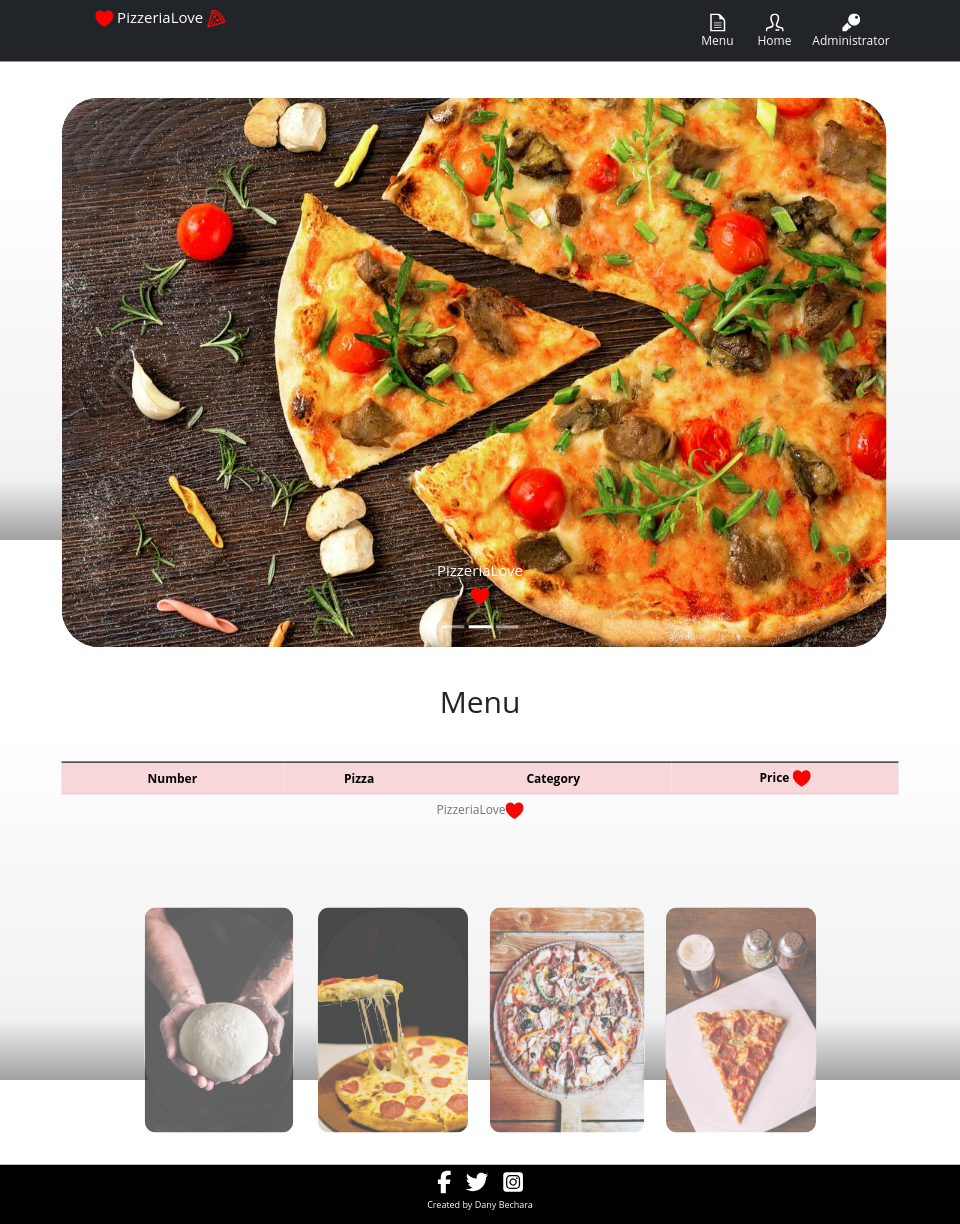
Repository: bechara611/PizzeriaLove
Page: /
An editor plug-in stored every save of this project. The page is shown before and after the next save, followed by the edit.
The browser window is 1280 px wide. The pictures show the whole page, at 75% of full size.
The page's requests for data from a server got no answer. Backgrounds fixed to the window are drawn as part of the page. The project was rebuilt for these pictures with package versions that can differ from the ones it lists, and the page was loaded fresh each time. No one was signed in, and anything a server would have sent is missing. Also part of the build but not shown: src/App.css, src/App.js, src/Componentes/FormularioAgregarMenu.css, src/Elementos/Alerta.js, src/Elementos/AlertaRed.js, src/Componentes/FormularioAgregarMenu.js.

Above is the page before, as saved 2022-02-26 09:54:59.

### src/index.js
import React,{useState} from 'react';
import ReactDOM from 'react-dom';
import './index.css';
import 'bootstrap/dist/css/bootstrap.css'
import 'bootstrap/dist/js/bootstrap.bundle.min';
import Header from './Componentes/Header';
import {BrowserRouter,Route, Routes,NavLink} from 'react-router-dom'
import {App,App2} from './App';
import WebFont from 'webfontloader'
import './index.css'
import Carousel from './Componentes/Carousel';
import Menu from './Componentes/Menu';
import Footer from './Componentes/Footer';
import { FormularioAgregarMenu } from './Componentes/FormularioAgregarMenu';
import Galeria from './Componentes/Galeria';

WebFont.load({
  google: {
    families: ['Open Sans:400,500,700', 'Sans-serif']
  }
});

const Index = () => {
  const [administrador,cambiaradministrador]=useState(false);
  const [admin,cambiaradmin]=useState('');
  return (
  <BrowserRouter>
     <Header administrador={administrador} cambiaradministrador={cambiaradministrador} cambiaradmin={cambiaradmin} admin={admin}></Header>
   {admin==='admin' ? <h2 className='my-5 tittle text-dark text-center'>ADMIN</h2>:<></>}
     <Carousel></Carousel>

    <Routes>
    <Route path='/' element={<Menu borrar={false} />} ></Route>
    <Route path='/administrador' element={<FormularioAgregarMenu />} ></Route>
    <Route path='/inicio' element={<Menu borrar={false} />} ></Route>
    </Routes>


    <Footer></Footer>
    </BrowserRouter>
    );
}


ReactDOM.render(

  <Index />,
  document.getElementById('root')
);

### src/index.css
* {
  margin: 0;
  font-family:'Open Sans';
  /* Permalink - use to edit and share this gradient: https://colorzilla.com/gradient-editor/#ffffff+0,ffffff+100&1+0,0+100;White+to+Transparent */



}


body
{
  background: rgb(255,255,255);
  background: linear-gradient(180deg, rgba(255,255,255,1) 0%, rgba(255,255,255,1) 35%, rgba(242,241,241,1) 89%, rgba(10,10,10,0.38699229691876746) 100%);

  background-attachment:fixed;
}

### src/Componentes/Header.js
import {NavLink} from 'react-router-dom'
import styled from 'styled-components';
import { BotonTipoNavLink,BotonTipoNavLinkA } from '../Elementos/BotonTipoNavLink';
import {Pizza2,Administrador2,Inicio2,Menu2,Contacto2,Heart2}from '../Elementos/ImagenesSVG';
import {App,App2} from './../App';
import './Header.css'


const Header = ({cambiaradministrador,administrador,cambiaradmin}) => {
    let url1,urladmin;
    url1="/inicio";
    urladmin='/administrador'
      return (
        <>

        <nav className="navbar navbar-expand-sm navbar-dark bg-dark  header_nav">
        <div className="container contenedor1 text-center col-12 ">
        <div className='hijo1_header text-center col-12 col-sm-3 '>
         <BotonTipoNavLink to={url1} className="navbar-brand text-center "> <Heart2 / > PizzeriaLove <Pizza2></Pizza2></BotonTipoNavLink>



        </div>
      <div className='hijo2_header text-center col-12 col-sm-3 '>
        <button
        className="navbar-toggler mt-2 col-12 col-sm-3 text-center"
        type="button"
        data-bs-toggle="collapse"
        data-bs-target="#menu"
        aria-controls="menu"
        aria-expanded="false"
        aria-label="Mostrar / Ocultar Menu"
      >
        <span className="navbar-toggler-icon   "></span>
      </button>

      <div className="collapse navbar-collapse   " id="menu">
      <ul className="navbar-nav me-auto mb-2 mb-lg-0 header_menu ">
      <li className="nav-item opcion"><a href="#menuu" className="nav-link text-light  opcion" onClick={()=>{cambiaradmin('usuario')}}><Menu2></Menu2> Menu</a></li>
        <li className="nav-item"><BotonTipoNavLinkA to={url1} className="nav-link text-light" onClick={()=>{cambiaradmin('usuario')}}><Inicio2/> Home</BotonTipoNavLinkA></li>
        <li className="nav-item"><BotonTipoNavLink to={urladmin} className="nav-link text-light" onClick={()=>{cambiaradmin('admin')}}> <Administrador2 /> Administrator</BotonTipoNavLink></li>
      </ul>

    </div>
    </div>
        </div>

      </nav>

      </>
       );
    }

    export default Header;

### src/Componentes/Carousel.js
import { Heart2 } from '../Elementos/ImagenesSVG'
import imagen1 from './../Imagenes/carousel1.jpg'
import imagen2 from './../Imagenes/carousel2.jpg'
import imagen3 from './../Imagenes/carousel3.jpg'
import './Carousel.css'
const Carousel = () => {
    return (

        <>
<section className="main">
  <div className="container">
    <div className="row mt-5">
      <div className="col">
        <div className="carousel slide carousel-fade" id="mi-carousel" data-bs-ride="carousel">
          <div className="carousel-inner">
            <div className="carousel-item active">
            <div className="carousel-caption">
            <h5>PizzeriaLove</h5>
            <p><Heart2></Heart2></p>
          </div>
              <img className="img-fluid" src={imagen1} alt='' />
            </div>

            <div className="carousel-item" data-bs-interval="5000">
              <div className="carousel-caption">
                <h5>PizzeriaLove</h5>
                <p><Heart2></Heart2></p>
              </div>
              <img className="img-fluid" src={imagen2}  alt=''/>
            </div>
            <div className="carousel-item">
            <div className="carousel-caption">
            <h5>PizzeriaLove</h5>
            <p><Heart2></Heart2></p>
          </div>
            <img className="img-fluid" src={imagen3} alt='' />
            </div>
          </div>



          <button
            className="carousel-control-prev botonprev"
            type="button"
            data-bs-target="#mi-carousel"
            data-bs-slide="prev"
          >
            <span className="carousel-control-prev-icon  icono" aria-hidden="true"></span>
            <span className="visually-hidden">Prev</span>
          </button>
          <button
            className="carousel-control-next"
            type="button"
            data-bs-target="#mi-carousel"
            data-bs-slide="next"
          >
            <span className="carousel-control-next-icon icono" aria-hidden="true"></span>
            <span className="visually-hidden">Next</span>
          </button>




          <div className="carousel-indicators">
            <button
              type="button"
              className="active"
              data-bs-target="#mi-carousel"
              data-bs-slide-to="0"
              aria-label="Slide 1"
            ></button>
            <button
              type="button"
              className=""
              data-bs-target="#mi-carousel"
              data-bs-slide-to="1"
              aria-label="Slide 2"
            ></button>
            <button
              type="button"
              className=""
              data-bs-target="#mi-carousel"
              data-bs-slide-to="2"
              aria-label="Slide 3"
            ></button>
          </div>
        </div>
      </div>
    </div>
  </div>

</section>


        </>
     );
}

export default Carousel;

### src/Componentes/Menu.js
import React from 'react'
import { Heart2, Trash2 } from '../Elementos/ImagenesSVG';
import { db } from '../Firebase/FirebaseConfig';
import './Menu.css'
import useObtenerMenu from '../Hooks/useObtenerMenu';
import BorrarDocumento from '../Firebase/Borrar';
import Galeria from './Galeria';

const Menu = ({borrar}) => {
   const [platos,cambiarplatos]=useObtenerMenu();


    return (
        <>
        <div className="container contenedor-tabla">
        <div className="row my-5">

        <div className="col titulo">
        {borrar===true ?   <h1 className=''>Admin, you can delete a plate here:</h1> :    <h1 className=''>Menu</h1>}

        </div>
        </div>
            <div className="row my-5">

             <div className="table-responsive " id='menuu'>
            <table className="table table-hover table" >
            <caption className='captionMenu'>PizzeriaLove<Heart2></Heart2></caption>
             <thead>
             <tr className={borrar===true?'table-success' : 'table-danger'}>
             <th>Number</th>
             <th>Pizza</th>
             <th>Category </th>
             <th>Price <Heart2></Heart2> </th>
             </tr>
             </thead>
             <tbody>
             {
                 platos.map((plato,index)=>{
                     return <React.Fragment key={index}>
                     <tr onClick={()=>{


                     }} >
                     <td>{index +1}</td>
                     <td>{plato.plato}</td>
                     <td>{plato.categorias}</td>
                     {borrar===true ?    <td>{plato.precio}$  <Trash2 onClick={()=>{
                        if (borrar===true) {
                            BorrarDocumento(plato.id)
                         }
                     }}></Trash2> </td> : <td>{plato.precio}</td> }

                     </tr>
                     </React.Fragment>
                 })
             }
             </tbody>
             </table>
            </div>


            </div>
        </div>
        <Galeria></Galeria>
        </>

        )

}

export  default Menu;

### src/Componentes/Footer.js
import styled from "styled-components";
import './Footer.css'
import { FontAwesomeIcon } from '@fortawesome/react-fontawesome'
import { faCoffee } from '@fortawesome/free-solid-svg-icons'
import {  faFacebookF,faInstagramSquare,faTwitter } from '@fortawesome/free-brands-svg-icons';
import useObtenerMenu from "../Hooks/useObtenerMenu";


const Footer = () => {
    let face='https://www.facebook.com';
    let insta='https://www.instagram.com';
    let twitter='https://www.twitter.com';
    let nuevaPestana="_blank"

    return (
        <>
        <div className="container-fluid " >
        <div className="row fila">
        <footer className="col-12 footer">
        <a href={face} target={nuevaPestana} className='face'><FontAwesomeIcon icon={faFacebookF}/></a>
        <a href={twitter} target={nuevaPestana} className='twitter'><FontAwesomeIcon icon={faTwitter}/></a>
        <a href={insta} target={nuevaPestana} className='instagram'><FontAwesomeIcon icon={faInstagramSquare}/></a>

        </footer>
        <p className="col-12">Created by Dany Bechara</p>
        </div>
        </div>
        </>
     );
}

export default Footer;

### src/Componentes/Galeria.js
import React from 'react';
import './Galeria.css'
import  Pizza1 from './../Imagenes/Pizza1.jpg'
import  Pizza2 from './../Imagenes/Pizza2.jpg'
import  Pizza3 from './../Imagenes/Pizza3.jpg'
import  Pizza4 from './../Imagenes/Pizza4.jpg'
import  Pizza5 from './../Imagenes/Pizza5.jpg'
import  Pizza6 from './../Imagenes/Pizza6.jpg'
import  Pizza7 from './../Imagenes/Pizza7.jpg'
import  Pizza8 from './../Imagenes/Pizza8.jpg'
import {ReactComponent as Menu} from './../Imagenes/Menu.svg'
const Galeria = () => {
    return (

        <>
        <div className="container centrar   py-3">
    <div className="row my-4 centrar">
        <div className="col-lg-3 col-12 col-sm-6 centrar">
            <div className="card cardcita my-1">
           < img src={Pizza5} alt="" className=" cardcitaImagen"></img>
            </div>
        </div>
        <div className="col-lg-3 col-12 col-sm-6 centrar">
            <div className="card cardcita my-1">
           < img src={Pizza2} alt="" className="cardcitaImagen"></img>
            </div>
        </div>
        <div className="col-lg-3 col-12 col-sm-6 centrar">
        <div className="card cardcita my-1">
       < img src={Pizza3} alt="" className="cardcitaImagen"></img>
        </div>
    </div>
        <div className="col-lg-3 col-12 col-sm-6 centrar">
            <div className="card cardcita my-1">
           < img src={Pizza8} alt="" className="cardcitaImagen colores"></img>
            </div>
        </div>
    </div>


        </div>
        </>
     );
}

export default Galeria;

### src/Elementos/BotonTipoNavLink.js
import styled from "styled-components"
import { NavLink } from "react-router-dom"
    const BotonTipoNavLink = styled(NavLink)`
    &:hover
    {
      text-decoration: underline;
      color: black;
    }
    `

    const BotonTipoNavLinkA=styled(BotonTipoNavLink)`
    text-decoration: none;
      color: black;
      cursor:pointer;
    `
    export {BotonTipoNavLink,BotonTipoNavLinkA}

### src/Elementos/ImagenesSVG.js
import styledComponents from 'styled-components';
import {ReactComponent as Pizza} from './../Imagenes/Pizza.svg'
import {ReactComponent as Inicio} from './../Imagenes/Inicio.svg'
import {ReactComponent as Menu} from './../Imagenes/Menu.svg'
import {ReactComponent as Administrador} from './../Imagenes/Administrador.svg'
import {ReactComponent as Contacto} from './../Imagenes/Contacto.svg'
import {ReactComponent as Heart} from './../Imagenes/Heart.svg'
import {ReactComponent as Trash} from './../Imagenes/Trash.svg'
const Pizza2 = styledComponents(Pizza)`
font-size:10px;
z-index: 1;
color:white;
fill:red;

`;
const Inicio2 = styledComponents(Inicio)`
font-size:10px;
z-index: 1;
color:white;
fill:white;

`;
const Menu2 = styledComponents(Menu)`
font-size:10px;
z-index: 1;
color:white;
fill:white;

`;
const Administrador2 = styledComponents(Administrador)`
font-size:10px;
z-index: 1;
color:white;
fill:white;

`;

const Contacto2 = styledComponents(Contacto)`
font-size:10px;
z-index: 1;
color:white;
fill:white;

`;

const Heart2 = styledComponents(Heart)`
font-size:10px;
z-index: 1;
color:white;
fill:red;

`;

const Trash2=styledComponents(Trash)`
fill:blue;
cursor:pointer;
`

export {Pizza2,Administrador2,Inicio2,Menu2, Contacto2,Heart2,Trash2}

### src/Componentes/Header.css

*{
   box-sizing: border-box;
   margin: 0;
   padding: 0;


}
.header_nav2
{
    /* margin-top: -8px; */
    background: -moz-linear-gradient(top,  rgba(211,126,128,1) 0%, rgba(146,171,207,0) 76%, rgba(134,179,222,0) 90%, rgba(125,185,232,0) 100%); /* FF3.6-15 */
background: -webkit-linear-gradient(top,  rgba(211,126,128,1) 0%,rgba(146,171,207,0) 76%,rgba(134,179,222,0) 90%,rgba(125,185,232,0) 100%); /* Chrome10-25,Safari5.1-6 */
background: linear-gradient(to bottom,  rgba(211,126,128,1) 0%,rgba(146,171,207,0) 76%,rgba(134,179,222,0) 90%,rgba(125,185,232,0) 100%); /* W3C, IE10+, FF16+, Chrome26+, Opera12+, Safari7+ */
filter: progid:DXImageTransform.Microsoft.gradient( startColorstr='#d37e80', endColorstr='#007db9e8',GradientType=0 ); /* IE6-9 */


}
body
{
    /* background: url(./../Imagenes/textura.png);
	background-repeat: repeat;
	background-attachment: fixed; */
}

.nav
{


}

.contenedor12
{

    /* min-height: 300px;  */
}

.hijo1_header
{
    align-self: start;
    /* margin-top: 2%; */

}
.hijo2_header
{
    /* margin-top: 2%; */
    align-self: start;
}
.header_menu
{

}

.opcion
{
text-decoration: dotted;
display: inline-block;
opacity: 1;

}



.opcion:hover
{
    text-decoration: underline;
}

.opcion:link
{
color: green;
}

### src/Componentes/Carousel.css
.carousel-inner{border-radius: 50px;}
.carousel-item{border-radius: 50px;}
.img-fluid{border-radius: 50px;}
.icono {
    height: 100px;
    width: 100px;

      /*shape border*/

      opacity: 0.3;
      /*symbol */




}
.icono:hover{opacity: 1;}

### src/Firebase/FirebaseConfig.js
import { initializeApp } from "firebase/app";
import { getAnalytics } from "firebase/analytics";
import { getFirestore } from "firebase/firestore";
import { getAuth, createUserWithEmailAndPassword } from "firebase/auth";

const firebaseConfig2 = {
    apiKey: "AIzaSyDhYuWK_8Uy4S-BtkFmFfityIjQnt4M3Is",
    authDomain: "pizzerialove-00.firebaseapp.com",
    projectId: "pizzerialove-00",
    storageBucket: "pizzerialove-00.appspot.com",
    messagingSenderId: "356504995914",
    appId: "1:356504995914:web:c5fee404edbf5f32affeb3",
    measurementId: "G-CK1N9HMEKD"
  };


    const firebaseConfig = {
      apiKey:process.env.REACT_APP_FIREBASE_API_KEY,
      authDomain:process.env.REACT_APP_FIREBASE_AUTH_DOMAIN,
      projectId:process.env.REACT_APP_FIREBASE_PROJECT_ID,
      storageBucket:process.env.REACT_APP_FIREBASE_STORAGE_BUCKET,
      messagingSenderId:process.env.REACT_APP_FIREBASE_MESSAGING_SENDER_ID,
      appId:process.env.REACT_APP_FIREBASE_APP_ID,
      measurementId:process.env.REACT_APP_FIREBASE_MEASUREMENT_ID
    };



// Initialize Firebase
const app = initializeApp(firebaseConfig);
const analytics = getAnalytics(app);
const db= getFirestore();
const auth=getAuth();

export {app,analytics,db,auth};

### src/Componentes/Menu.css
.captionMenu
{
    text-align: center;
}

.titulo{text-align: center;}

td{text-align: center;}
th{text-align: center;}

.basurita{background: black;}

.table-responsive{




    }

### src/Hooks/useObtenerMenu.js
import React,{useEffect,useState} from 'react'
import { db } from '../Firebase/FirebaseConfig';
import { collection,onSnapshot } from 'firebase/firestore';

const useObtenerMenu = () => {
    const [platos,cambiarplatos]=useState([{}])
    useEffect(()=>{

            const FuncionObtenerMenu=onSnapshot(collection(db,'menu'), (snapShot)=>{

               let vectormenu=snapShot.docs.map((documento)=>{
                  // console.log(documento.id)
                    return {...documento.data(),id:documento.id}
                })
              //  console.log(vectormenu);
              cambiarplatos([{}])
                cambiarplatos(vectormenu)
            })




            return FuncionObtenerMenu;
          },[])
          return [platos,cambiarplatos]
}

export default useObtenerMenu;

### src/Firebase/Borrar.js
import { db,app } from './FirebaseConfig'
import {doc,deleteDoc, } from 'firebase/firestore'
const BorrarDocumento =async (id) => {
  try {
  await deleteDoc(doc(db,'menu',id));

   } catch (error) {
    console.log(error)
   }

}

export default BorrarDocumento;

### src/Componentes/Footer.css
.footer
{
    display: flex;
    flex-direction: row;
    justify-content: center;

}
.fila
{
    display: flex;
    justify-content: center;
    text-align: center;
    background: black;
    font-size: 12px;
}
.fila p
{

color: white;
}
.footer a{
    text-decoration: none;
font-size: 30px;
display: inline-block;
color: white;
margin: 0 10px;
}
.face:hover{color: blue;}
.twitter:hover{color: lightblue;}
.instagram:hover{color:#fcaf45}

### src/Componentes/Galeria.css
.cardcita{
   border-radius: 100px;
    max-width: 300px;
    min-height: 300px;
    max-height: 300px;


}

.cardcitaImagen
{
    border-radius: 15px;
    max-width: 300px;
    min-height: 300px;
    max-height: 300px;

   opacity: .7;


}
.cardcitaImagen:hover{
    opacity: 1;

}
.usuario{text-transform: uppercase;}
@keyframes colores
{
/*from{background: #9EB3C2;}
to{background:#21295C ;}*/
0%{min-height: 500px;}
25%{min-height: 520;}
50%{min-height: 530px;}
75%{min-height: 520;}
100%{min-height: 500;}
}

.centrar{
    text-align: center;
    display: flex;
    justify-content: center;
align-items: center;
}

Loaded but not shown: public/index.html (common file)

After the next save:
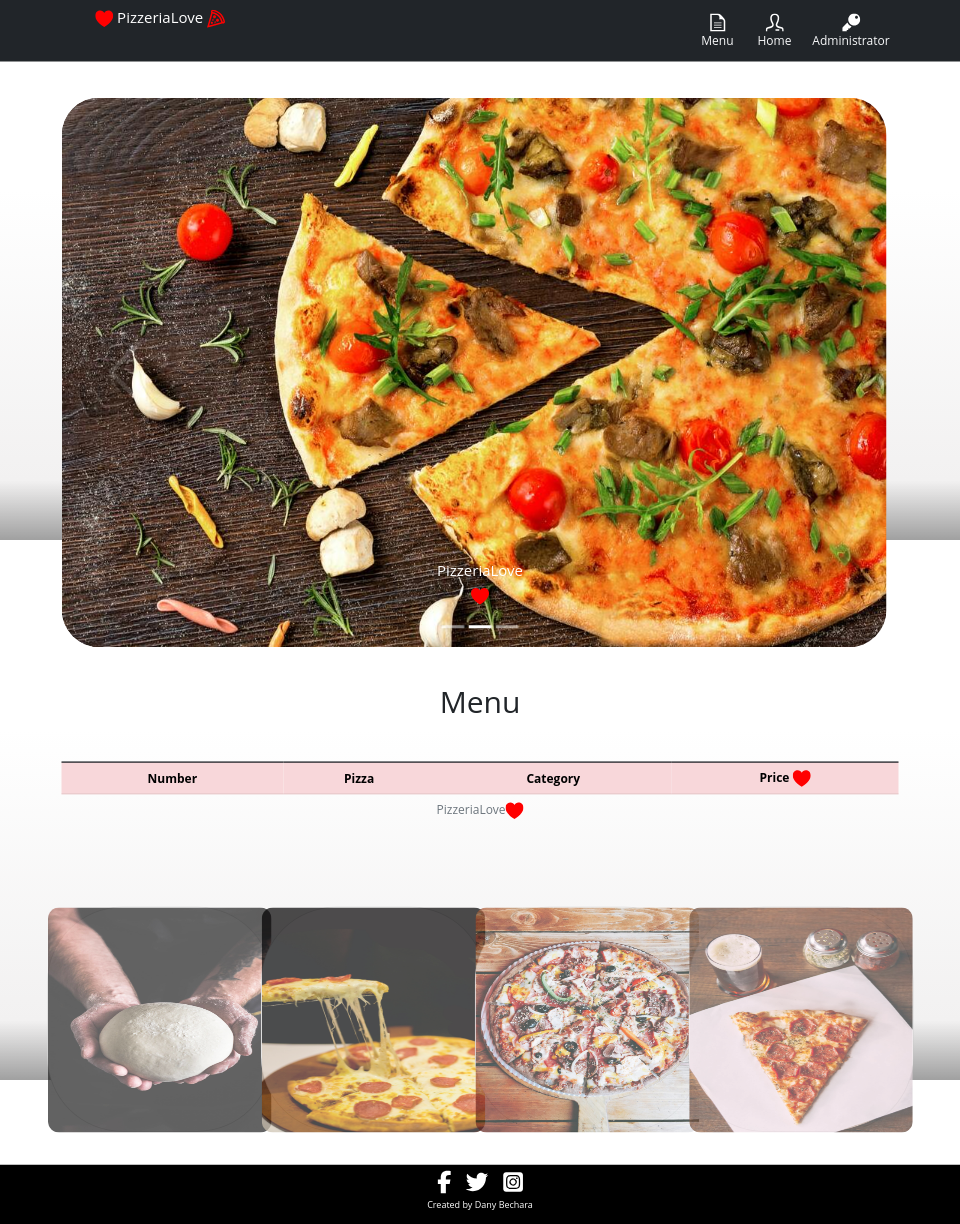
Saved 5 min 22 s later.
--- a/src/Componentes/Galeria.css
+++ b/src/Componentes/Galeria.css
@@ -1,6 +1,7 @@
 .cardcita{
    border-radius: 100px;
     max-width: 300px;
+    min-width: 300px;
     min-height: 300px;
     max-height: 300px;
 

After the save that followed:
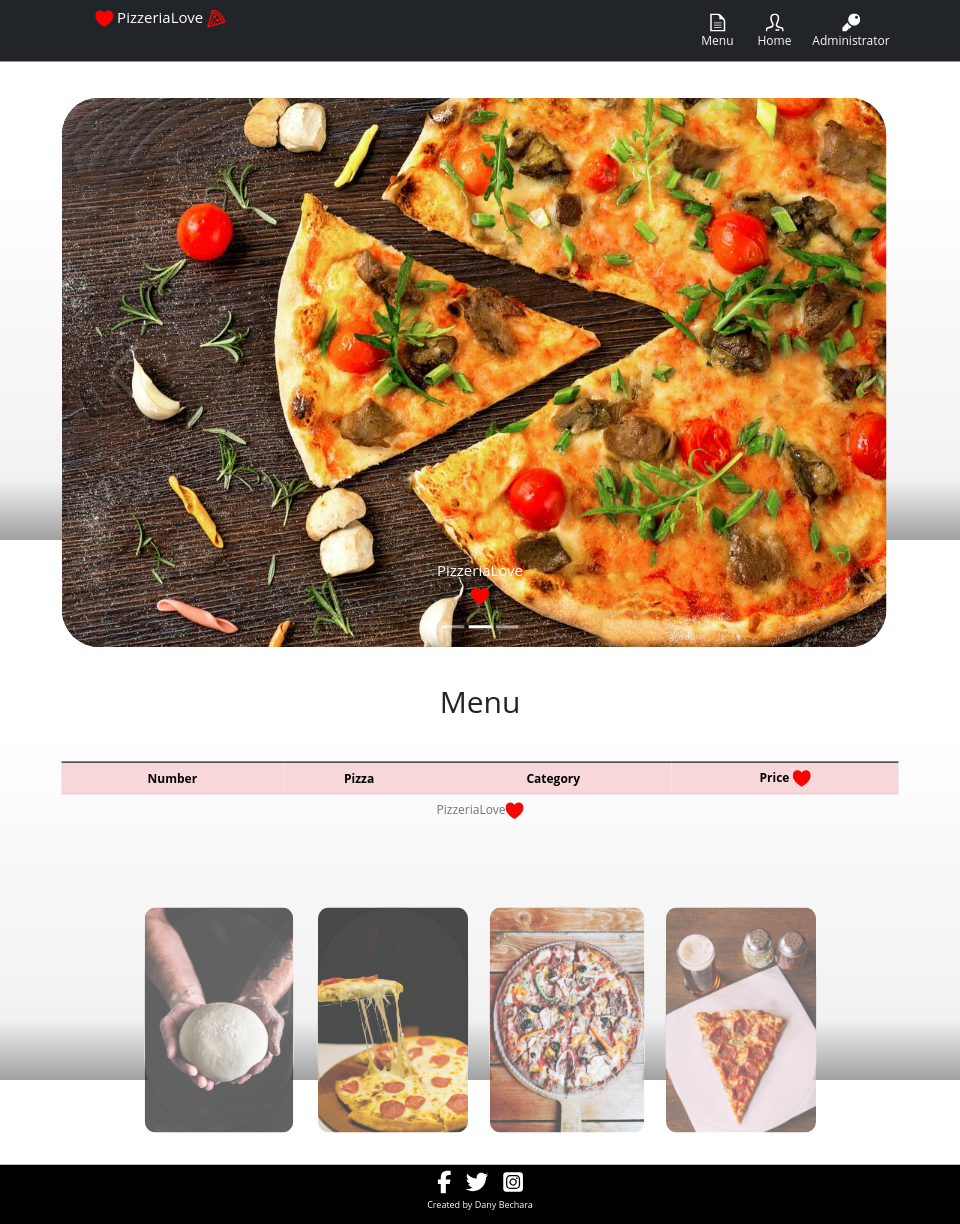
Saved 18 s later.
--- a/src/Componentes/Galeria.css
+++ b/src/Componentes/Galeria.css
@@ -1,7 +1,7 @@
 .cardcita{
    border-radius: 100px;
     max-width: 300px;
-    min-width: 300px;
+    min-width: 150px;
     min-height: 300px;
     max-height: 300px;
 
